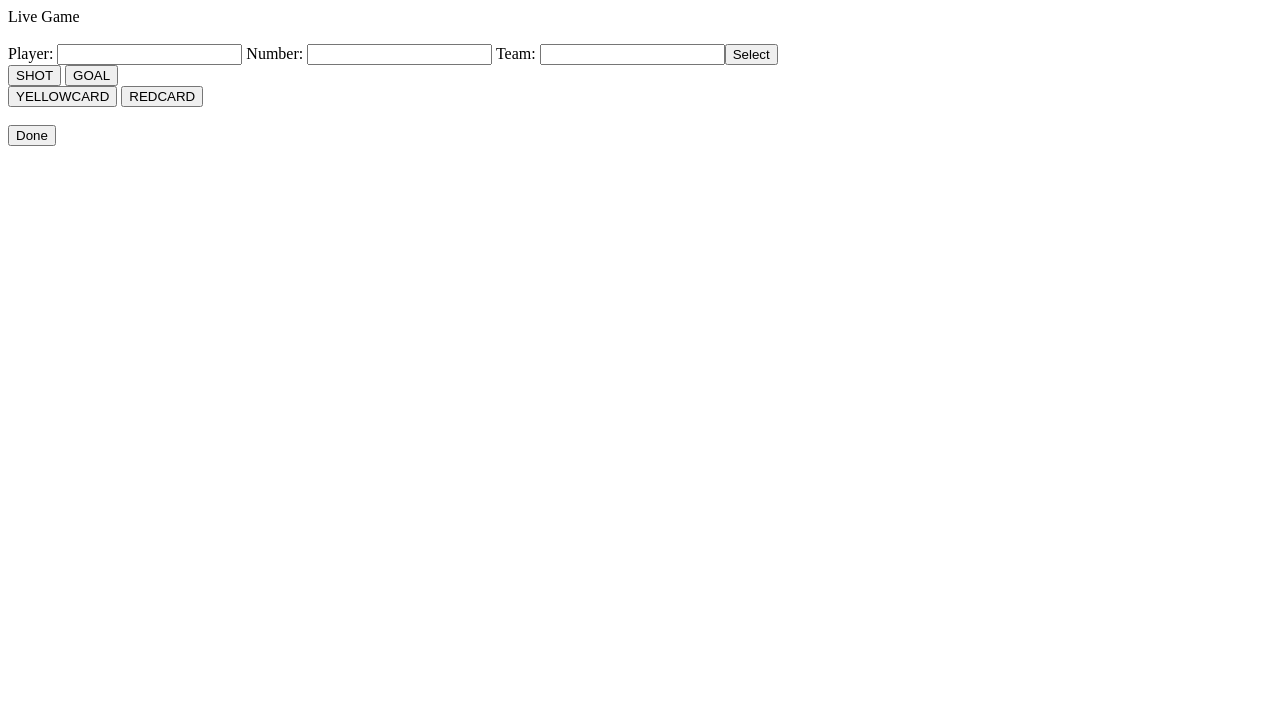
Repository: FredGlozman/SwiftScore
Page: SwiftScore/LiveScoreKeeping.html
The author's editor kept a copy of each file at every save. The page is drawn from the files as they stood at one save, then again after the next save.
The browser window is 1280 px wide. The pictures show the whole page.

Above is the page before, as saved 2015-12-02 22:24:52.

After the next save:
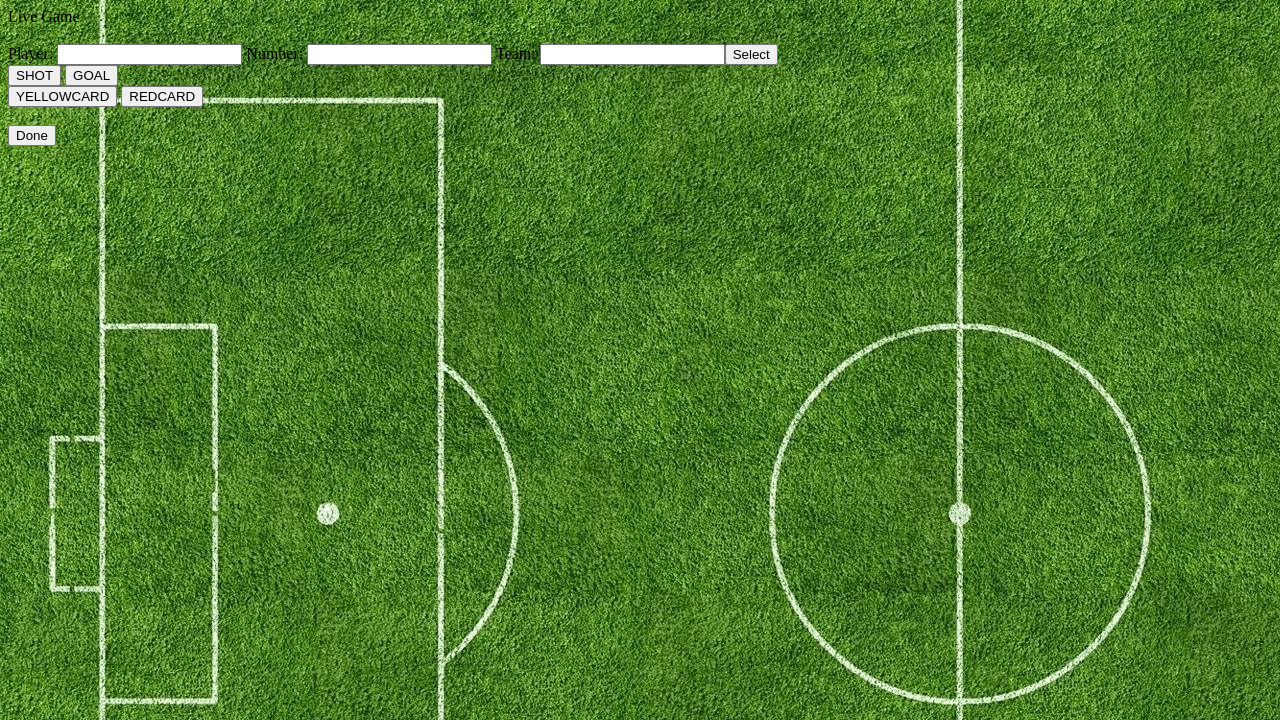
Saved 111 s later.
--- a/SwiftScore/LiveScoreKeeping.html
+++ b/SwiftScore/LiveScoreKeeping.html
@@ -2,7 +2,7 @@
 <head>
 <title>Live Score Keeping</title>
 </head>
-<body>
+<body background="soccer.jpg">
 <form action="LiveScoreKeeping.php" method = "post" >
 Live Game
 <br><br>
